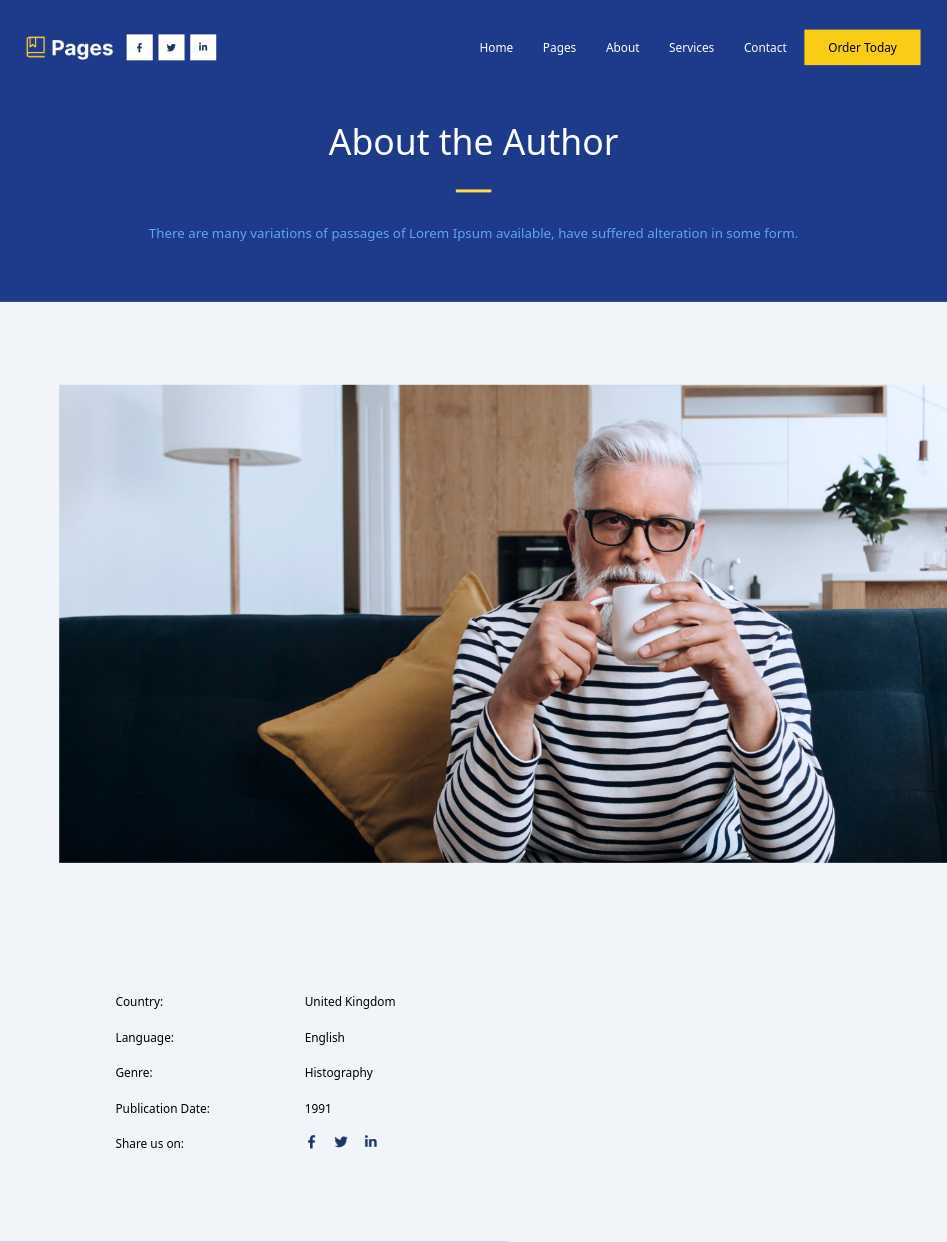
Repository: Godnorg/Class3
Page: index.html
An editor plug-in stored every save of this project. The page is shown before and after a run of saves, followed by the edit.
The browser window is 1280 px wide. The pictures show the whole page, at 74% of full size.
Some web libraries are served in a nearby version.

Above is the page before, as saved 2023-02-19 02:48:40.

After the next 2 saves:
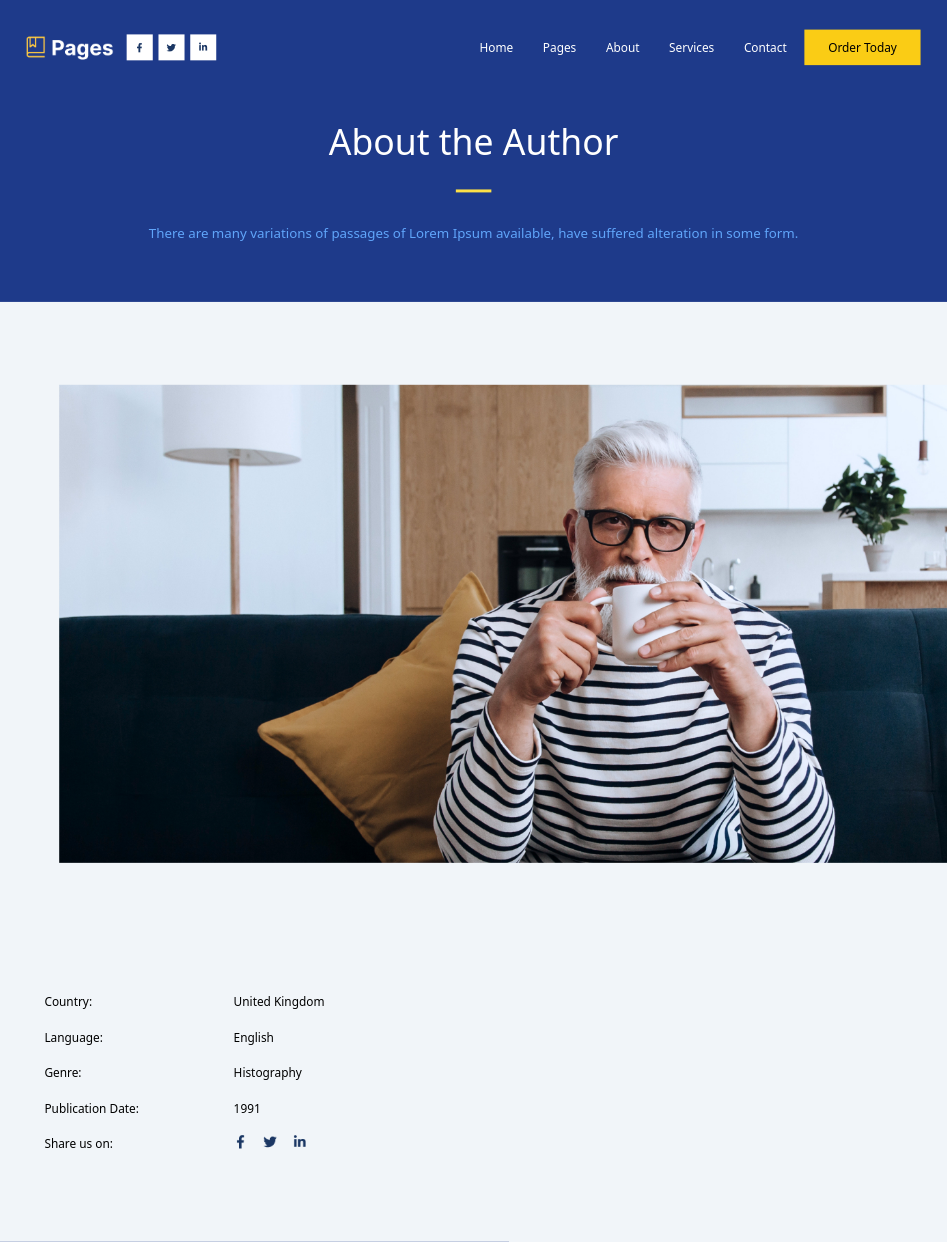
The 2 saves are shown as one change because they came seconds apart.
The last was saved 26 s later.
--- a/index.html
+++ b/index.html
@@ -36,7 +36,7 @@
         <img src="./oldman2.jpg">
         </div>
         <div>
-            <div class="flex py-24 ml-28 bg-color-white px-11">
+            <div class="flex py-24 ml-4 ml-28 bg-color-white px-11">
                 <div class="pr-32">
                 <h2 class="pb-6">Country:</h2>
                 <h2 class="pb-6">Language:</h2>

After the 2 saves that followed:
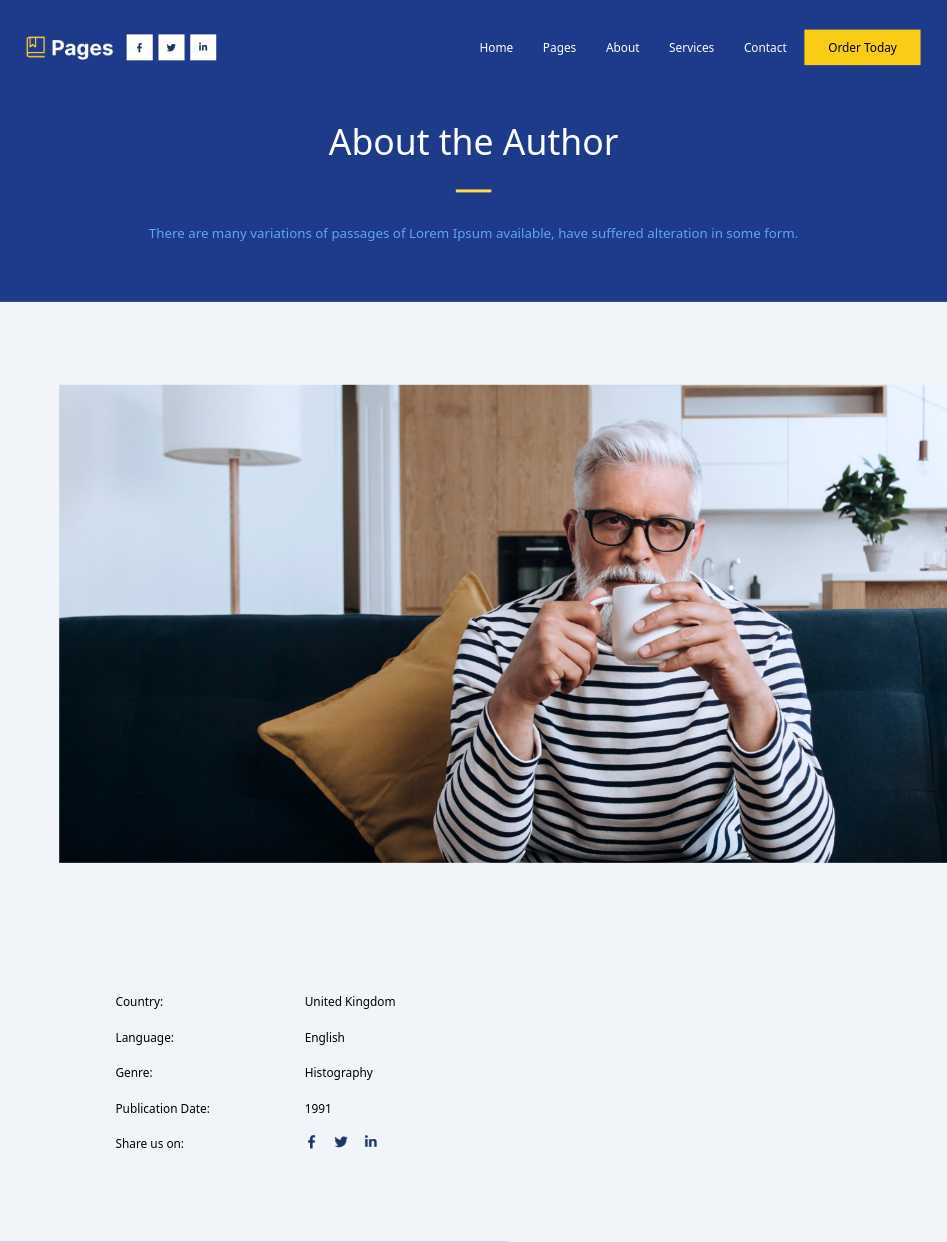
The 2 saves are shown as one change because they came seconds apart.
The last was saved 12 s later.
--- a/index.html
+++ b/index.html
@@ -36,7 +36,7 @@
         <img src="./oldman2.jpg">
         </div>
         <div>
-            <div class="flex py-24 ml-4 ml-28 bg-color-white px-11">
+            <div class="flex py-24 ml-28 bg-color-white px-11">
                 <div class="pr-32">
                 <h2 class="pb-6">Country:</h2>
                 <h2 class="pb-6">Language:</h2>
